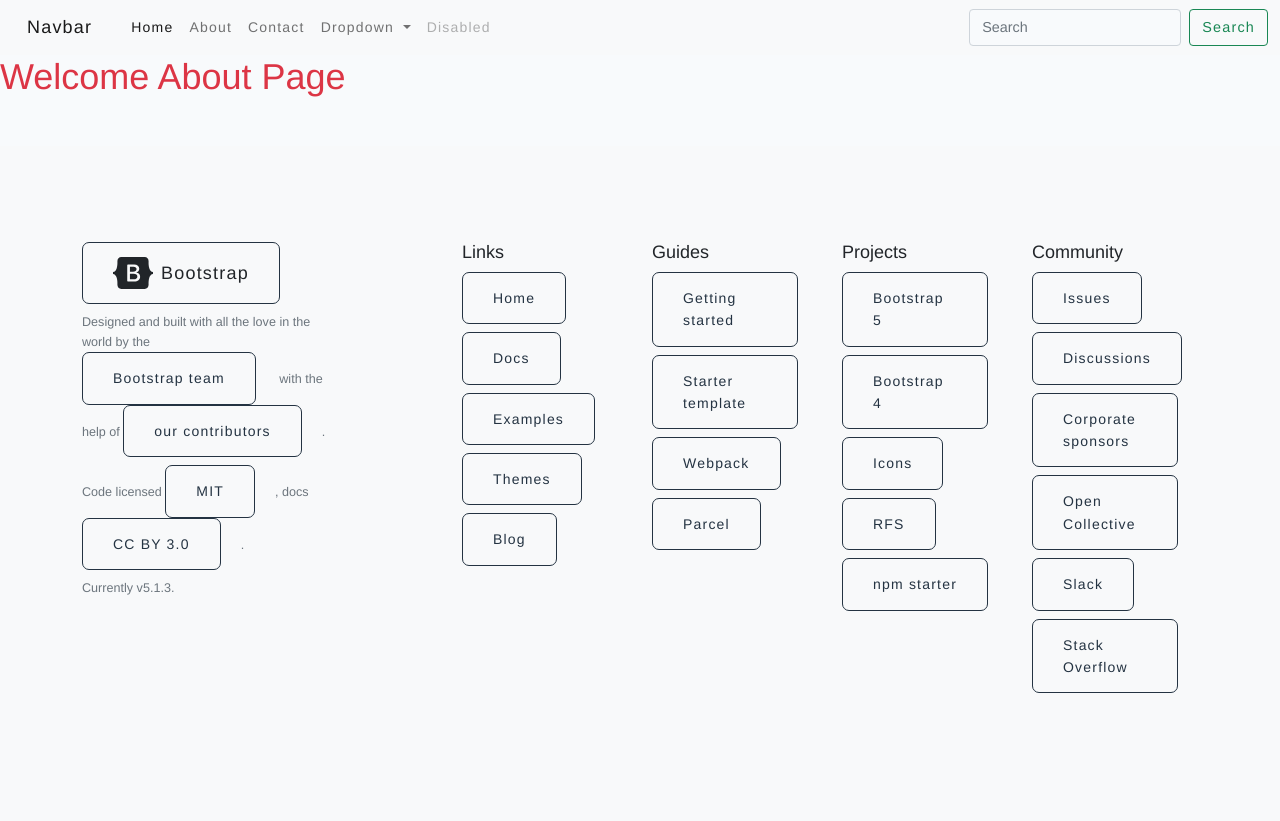
Repository: Aram5864/aaa
Page: http://localhost/about
The author's editor kept a copy of each file at every save. The page is drawn from the files as they stood at one save, then again after the next save.
The browser window is 1280 px wide. The pictures show the whole page.
The page is served by the project's Laravel application, run on PHP 8.4 with Laravel 8. Other server files are loaded and not shown. Style sheets and scripts are compiled from the project's sources, by tool versions that may differ from the author's.

Above is the page before, as saved 2022-04-11 13:05:41.

### routes/web.php
<?php

use App\Http\Controllers\ContactController;
use Illuminate\Support\Facades\Route;

Route::get('/', function () {
    return view('home');
})->name('home');
Route::get('/about', function () {
    return view('about');
})->name('about');
Route::get('/contact', function () {
    return view('contact');
})->name('contact');


Route::post('/contact/submit', [ContactController::class, 'submit'])->name('contact-submit');
Route::get('/contact/submit', [ContactController::class, 'ContactData'])->name('contact-data');

### resources/views/about.blade.php
@extends('layouts.app')

@section('title')
About Page
@endsection

@section('content')
<h1 class="text-danger">Welcome About Page</h1>
@endsection

### resources/views/layouts/app.blade.php
<!DOCTYPE html>
<html lang="en">

<head>
    <meta charset="UTF-8">
    <meta name="viewport" content="width=device-width, initial-scale=1.0">
    <meta http-equiv="X-UA-Compatible" content="ie=edge">
    <link rel="stylesheet" href="/css/app.css">
    <title> @yield('title')
    </title>
</head>

<body>



    @include('layouts.navbar')
    <div class="container">
        @include('layouts.messages')
    </div>
    @yield('content')
    @include('layouts.footer')

</body>

</html>

### resources/views/layouts/navbar.blade.php

@section('navbar')

    <nav class="navbar navbar-expand-lg navbar-light bg-light">
        <div class="container-fluid">
            <a class="navbar-brand" href="/">Navbar</a>
            <button class="navbar-toggler" type="button" data-bs-toggle="collapse" data-bs-target="#navbarSupportedContent"
                aria-controls="navbarSupportedContent" aria-expanded="false" aria-label="Toggle navigation">
                <span class="navbar-toggler-icon"></span>
            </button>
            <div class="collapse navbar-collapse" id="navbarSupportedContent">
                <ul class="navbar-nav me-auto mb-2 mb-lg-0">
                    <li class="nav-item">
                        <a class="nav-link active" aria-current="page" href="/">Home</a>
                    </li>
                    <li class="nav-item">
                        <a class="nav-link" href="{{ route('about') }}">About</a>
                    </li>
                    <li class="nav-item">
                        <a class="nav-link" href="{{ route('contact') }}">Contact</a>
                    </li>
                    <li class="nav-item dropdown">
                        <a class="nav-link dropdown-toggle" href="#" id="navbarDropdown" role="button"
                            data-bs-toggle="dropdown" aria-expanded="false">
                            Dropdown
                        </a>
                        <ul class="dropdown-menu" aria-labelledby="navbarDropdown">
                            <li><a class="dropdown-item" href="#">Action</a></li>
                            <li><a class="dropdown-item" href="#">Another action</a></li>
                            <li>
                                <hr class="dropdown-divider">
                            </li>
                            <li><a class="dropdown-item" href="#">Something else here</a></li>
                        </ul>
                    </li>
                    <li class="nav-item">
                        <a class="nav-link disabled">Disabled</a>
                    </li>
                </ul>
                <form class="d-flex">
                    <input class="form-control me-2" type="search" placeholder="Search" aria-label="Search">
                    <button class="btn btn-outline-success" type="submit">Search</button>
                </form>
            </div>
        </div>
    </nav>

### resources/views/layouts/messages.blade.php
@if ($errors->any())
<ul>
    @foreach ($errors->all() as $error)
        <li class="alert alert-danger">
            {{ $error }}
        </li>
    @endforeach

</ul>
@endif


@if (session('success'))
<ul>
    <li class="alert alert-success">
        {{ session('success') }}
    </li>
</ul>
@endif

### resources/views/layouts/footer.blade.php

@section('footer')
<footer class="bd-footer py-5 mt-5 bg-light">
    <div class="container py-5">
      <div class="row">
        <div class="col-lg-3 mb-3">
          <a class="d-inline-flex align-items-center mb-2 link-dark text-decoration-none" href="/" aria-label="Bootstrap">
            <svg xmlns="http://www.w3.org/2000/svg" width="40" height="32" class="d-block me-2" viewBox="0 0 118 94" role="img"><title>Bootstrap</title><path fill-rule="evenodd" clip-rule="evenodd" d="M24.509 0c-6.733 0-11.715 5.893-11.492 12.284.214 6.14-.064 14.092-2.066 20.577C8.943 39.365 5.547 43.485 0 44.014v5.972c5.547.529 8.943 4.649 10.951 11.153 2.002 6.485 2.28 14.437 2.066 20.577C12.794 88.106 17.776 94 24.51 94H93.5c6.733 0 11.714-5.893 11.491-12.284-.214-6.14.064-14.092 2.066-20.577 2.009-6.504 5.396-10.624 10.943-11.153v-5.972c-5.547-.529-8.934-4.649-10.943-11.153-2.002-6.484-2.28-14.437-2.066-20.577C105.214 5.894 100.233 0 93.5 0H24.508zM80 57.863C80 66.663 73.436 72 62.543 72H44a2 2 0 01-2-2V24a2 2 0 012-2h18.437c9.083 0 15.044 4.92 15.044 12.474 0 5.302-4.01 10.049-9.119 10.88v.277C75.317 46.394 80 51.21 80 57.863zM60.521 28.34H49.948v14.934h8.905c6.884 0 10.68-2.772 10.68-7.727 0-4.643-3.264-7.207-9.012-7.207zM49.948 49.2v16.458H60.91c7.167 0 10.964-2.876 10.964-8.281 0-5.406-3.903-8.178-11.425-8.178H49.948z" fill="currentColor"></path></svg>
            <span class="fs-5">Bootstrap</span>
          </a>
          <ul class="list-unstyled small text-muted">
            <li class="mb-2">Designed and built with all the love in the world by the <a href="/docs/5.1/about/team/">Bootstrap team</a> with the help of <a href="https://github.com/twbs/bootstrap/graphs/contributors">our contributors</a>.</li>
            <li class="mb-2">Code licensed <a href="https://github.com/twbs/bootstrap/blob/main/LICENSE" target="_blank" rel="license noopener">MIT</a>, docs <a href="https://creativecommons.org/licenses/by/3.0/" target="_blank" rel="license noopener">CC BY 3.0</a>.</li>
            <li class="mb-2">Currently v5.1.3.</li>
          </ul>
        </div>
        <div class="col-6 col-lg-2 offset-lg-1 mb-3">
          <h5>Links</h5>
          <ul class="list-unstyled">
            <li class="mb-2"><a href="/">Home</a></li>
            <li class="mb-2"><a href="/docs/5.1/">Docs</a></li>
            <li class="mb-2"><a href="/docs/5.1/examples/">Examples</a></li>
            <li class="mb-2"><a href="https://themes.getbootstrap.com/">Themes</a></li>
            <li class="mb-2"><a href="https://blog.getbootstrap.com/">Blog</a></li>
          </ul>
        </div>
        <div class="col-6 col-lg-2 mb-3">
          <h5>Guides</h5>
          <ul class="list-unstyled">
            <li class="mb-2"><a href="/docs/5.1/getting-started/">Getting started</a></li>
            <li class="mb-2"><a href="/docs/5.1/examples/starter-template/">Starter template</a></li>
            <li class="mb-2"><a href="/docs/5.1/getting-started/webpack/">Webpack</a></li>
            <li class="mb-2"><a href="/docs/5.1/getting-started/parcel/">Parcel</a></li>
          </ul>
        </div>
        <div class="col-6 col-lg-2 mb-3">
          <h5>Projects</h5>
          <ul class="list-unstyled">
            <li class="mb-2"><a href="https://github.com/twbs/bootstrap">Bootstrap 5</a></li>
            <li class="mb-2"><a href="https://github.com/twbs/bootstrap/tree/v4-dev">Bootstrap 4</a></li>
            <li class="mb-2"><a href="https://github.com/twbs/icons">Icons</a></li>
            <li class="mb-2"><a href="https://github.com/twbs/rfs">RFS</a></li>
            <li class="mb-2"><a href="https://github.com/twbs/bootstrap-npm-starter">npm starter</a></li>
          </ul>
        </div>
        <div class="col-6 col-lg-2 mb-3">
          <h5>Community</h5>
          <ul class="list-unstyled">
            <li class="mb-2"><a href="https://github.com/twbs/bootstrap/issues">Issues</a></li>
            <li class="mb-2"><a href="https://github.com/twbs/bootstrap/discussions">Discussions</a></li>
            <li class="mb-2"><a href="https://github.com/sponsors/twbs">Corporate sponsors</a></li>
            <li class="mb-2"><a href="https://opencollective.com/bootstrap">Open Collective</a></li>
            <li class="mb-2"><a href="https://bootstrap-slack.herokuapp.com/">Slack</a></li>
            <li class="mb-2"><a href="https://stackoverflow.com/questions/tagged/bootstrap-5">Stack Overflow</a></li>
          </ul>
        </div>
      </div>
    </div>
  </footer>

### resources/sass/app.scss
// Fonts
@import url('https://fonts.googleapis.com/css?family=Nunito');

// Variables
@import 'variables';

// Bootstrap
@import '~bootstrap/scss/bootstrap';


html,
body {
    overflow-x: hidden
}

* {
    margin: 0;
    padding: 0;
    box-sizing: border-box;
    font-family: helvetica;
    font-weight: 300
}

a,
button {
    display: inline-block;
    padding: 14px 30px;
    text-decoration: none;
    color: #243342;
    letter-spacing: 1.2px;
    font-size: 14px;
    border: 1px solid #243342;
    border-radius: 7px;
    margin-right: 20px;
    transition: 0.15s ease-in-out
}

a.focus,
button {
    color: white;
    background: #243342
}

a.focus:hover,
button:hover {
    cursor: pointer;
    color: #1bf1dc
}

a:hover {
    background-color: #243342;
    color: #16f1d7
}

nav {
    position: fixed;
    top: 0;
    width: 100%;
    z-index: 2;
    background-color: rgb(36, 51, 66)
}

nav .wrapper {
    display: flex;
    align-items: center;
    justify-content: space-between;
    padding: 15px 5%
}

nav .hamburger {
    width: 30px;
    height: 30px;
    display: flex;
    flex-direction: column;
    justify-content: space-around;
    z-index: 3;
    opacity: 0;
    pointer-events: none
}

nav .hamburger:hover {
    cursor: pointer
}

nav .hamburger:hover span.slice {
    background-color: #b9bbbd
}

nav .hamburger span.slice {
    display: block;
    width: 100%;
    height: 2px;
    background-color: white;
    transition: 0.2s ease-in-out
}

nav.open .hamburger span.cheese.slice {
    opacity: 0
}

nav.open .hamburger span.lettuce.slice {
    transform-origin: center left;
    transform: rotate(43deg)
}

nav.open .hamburger span.beef.slice {
    transform-origin: center left;
    transform: rotate(-43deg)
}

nav.open .linkWrapper {
    opacity: 1;
    display: flex;
    pointer-events: initial
}

nav h1 {
    color: white;
    font-weight: 300;
    font-size: 22px;
    letter-spacing: 1.2px
}

nav a {
    color: white;
    text-decoration: none;
    display: inline-block;
    padding: 5px 15px;
    font-weight: 300;
    letter-spacing: 1.2;
    border: none;
    margin: 0
}

a.active {
    color: #16f1dc;
    font-weight: 500
}

.map {
    position: fixed;
    width: 100vw;
    height: 100vh
}

.map:after {
    content: "";
    position: absolute;
    top: 0;
    left: 0;
    height: 100%;
    width: 100%;
    background: linear-gradient(45deg, rgba(7, 45, 72, 0.8), rgba(195, 195, 195, 0.8))
}

.content {
    position: fixed;
    top: 60px;
    height: calc(100vh - 60px);
    width: 100vw;
    display: flex;
    align-items: center;
    justify-content: center;
    overflow: auto;
    padding: 20px
}

.contact {
    width: 80%;
    max-width: 1080px;
    display: flex;
    box-shadow: 0px 0px 40px rgba(0, 0, 0, 0.28);
    border-radius: 5px;
    overflow: hidden
}

.other {
    width: 60%;
    background-image: url(https://images.unsplash.com/photo-1485119584289-30ca2b38c67e?dpr=1&auto=format&fit=crop&w=1500&h=1000&q=80&cs=tinysrgb&crop=);
    background-size: cover;
    background-position: center;
    position: relative;
    display: flex;
    flex-direction: column;
    justify-content: flex-end
}

.other:before {
    content: "";
    position: absolute;
    top: 0;
    left: 0;
    height: 100%;
    width: 100%;
    background: linear-gradient(45deg, rgb(36, 51, 66), rgba(36, 51, 66, 0.81))
}

.form {
    width: 40%;
    background-color: white;
    padding: 20px;
    display: flex;
    flex-direction: column;
    align-items: flex-end
}

.form h1 {
    text-align: center;
    margin-bottom: 20px;
    width: 100%
}

.form form {
    width: 100%;
    display: flex;
    flex-direction: column;
    align-items: flex-end
}

.flex-rev {
    display: flex;
    flex-direction: column-reverse;
    margin-bottom: 10px;
    width: 100%
}

.flex-rev input,
.flex-rev textarea {
    border: none;
    background-color: #e6e6e6;
    padding: 12px 10px;
    font-size: 16px;
    resize: none;
    margin-top: 7px;
    margin-bottom: 16px;
    border-radius: 5px;
    color: #243342;
    outline-color: #243342;
    outline-width: thin;
    -webkit-appearance: none
}

.flex-rev textarea {
    height: 150px
}

button {
    -webkit-appearance: none;
    margin-right: 0
}

.info {
    position: relative;
    padding: 20px
}

h2 {}

.info h2 {
    color: #16f1dc;
    font-size: 34px
}

.info h3 {
    color: white;
    letter-spacing: 1.2px;
    margin-top: 20px
}

.svg-wrap {
    display: flex;
    margin-top: 14px
}

.svg-wrap a {
    border: 0;
    padding: 0;
    display: flex;
    color: #bbbbbb;
    font-size: 16px;
    justify-content: center;
    align-items: center;
    font-style: italic
}

.svg-wrap a svg {
    width: 20px;
    height: 20px;
    fill: white;
    transition: fill 0.2s ease-in-out;
    margin-right: 13px
}

.svg-wrap a:hover svg {
    fill: #16f1dc;
    cursor: pointer
}

.svg-wrap a:hover {
    background-color: transparent;
    color: #16f1dc;
    cursor: pointer
}

@media screen and (max-width: 900px) {
    .content {
        padding: 10px 0 0;
        display: block
    }

    .map {
        display: none
    }

    .contact {
        width: 100%;
        flex-direction: column-reverse;
        border-radius: 0;
        box-shadow: 0px 0px 0px 0px
    }

    .other {
        width: 100%;
        padding: 20px 0
    }

    .form {
        width: 100%
    }
}

@media screen and (max-height: 660px) {
    .content {
        align-items: flex-start
    }
}

@media screen and (max-width: 660px) {
    nav .hamburger {
        opacity: 1;
        pointer-events: initial
    }

    nav div.linkWrapper {
        top: 0;
        right: 0;
        position: fixed;
        height: 100vh;
        background-color: rgba(36, 51, 66, 0.9);
        display: flex;
        flex-direction: column;
        padding: 10px 0;
        box-shadow: -10px 0px 20px rgba(0, 0, 0, 0.3);
        width: 100%;
        justify-content: center;
        will-change: transform;
        opacity: 0;
        display: none;
        pointer-events: none;
        transition: opacity 0.3s ease-in-out
    }

    nav div a {
        color: white;
        text-decoration: none;
        display: inline-block;
        font-weight: 300;
        letter-spacing: 1.5;
        width: 100%;
        margin-bottom: 31px;
        text-align: center;
        font-size: 38px
    }
}

### resources/sass/_variables.scss
// Body
 $body-bg:#f8fafc;

// Typography
$font-family-sans-serif: 'Nunito', sans-serif;
$font-size-base: 0.9rem;
$line-height-base: 1.6;

After the next save:
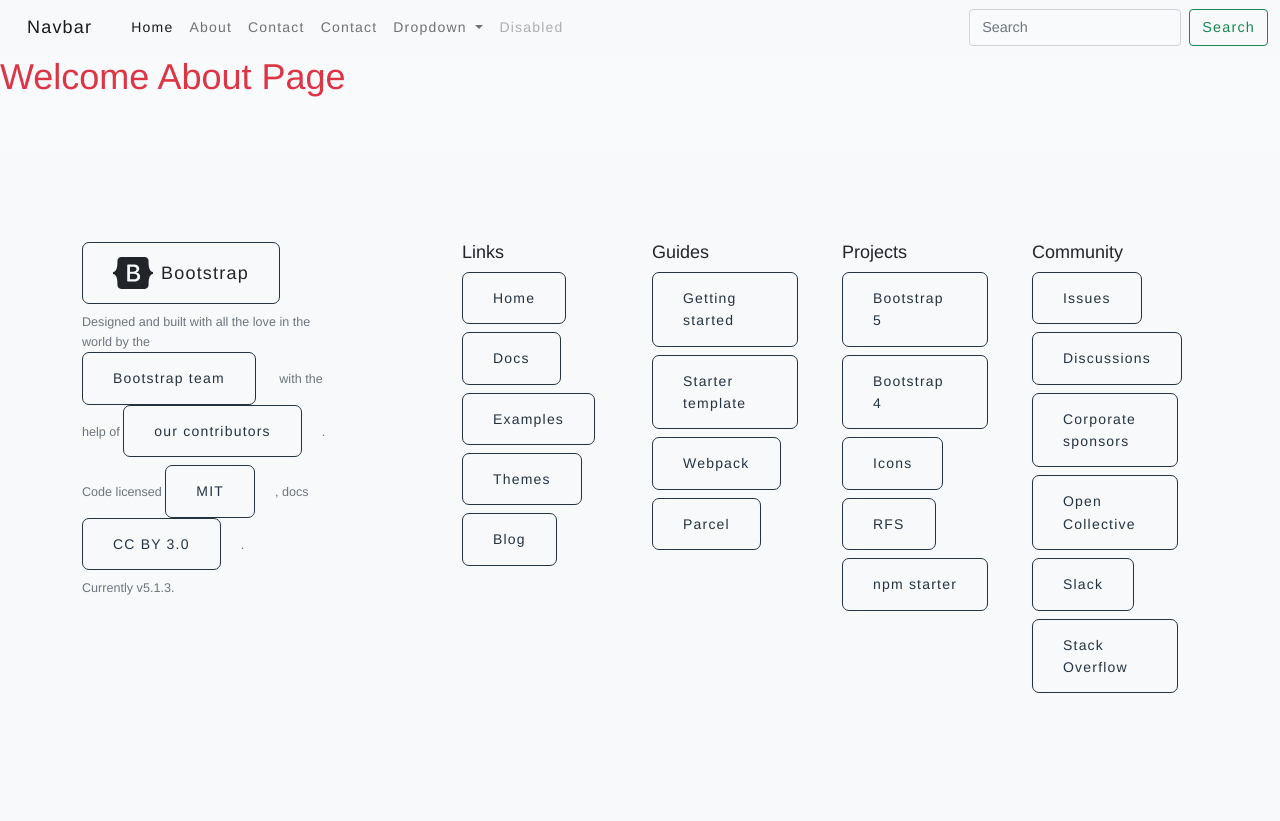
Saved 31 s later.
--- a/resources/views/layouts/navbar.blade.php
+++ b/resources/views/layouts/navbar.blade.php
@@ -15,6 +15,9 @@
                     </li>
                     <li class="nav-item">
                         <a class="nav-link" href="{{ route('about') }}">About</a>
+                    </li>
+                    <li class="nav-item">
+                        <a class="nav-link" href="{{ route('contact') }}">Contact</a>
                     </li>
                     <li class="nav-item">
                         <a class="nav-link" href="{{ route('contact') }}">Contact</a>
